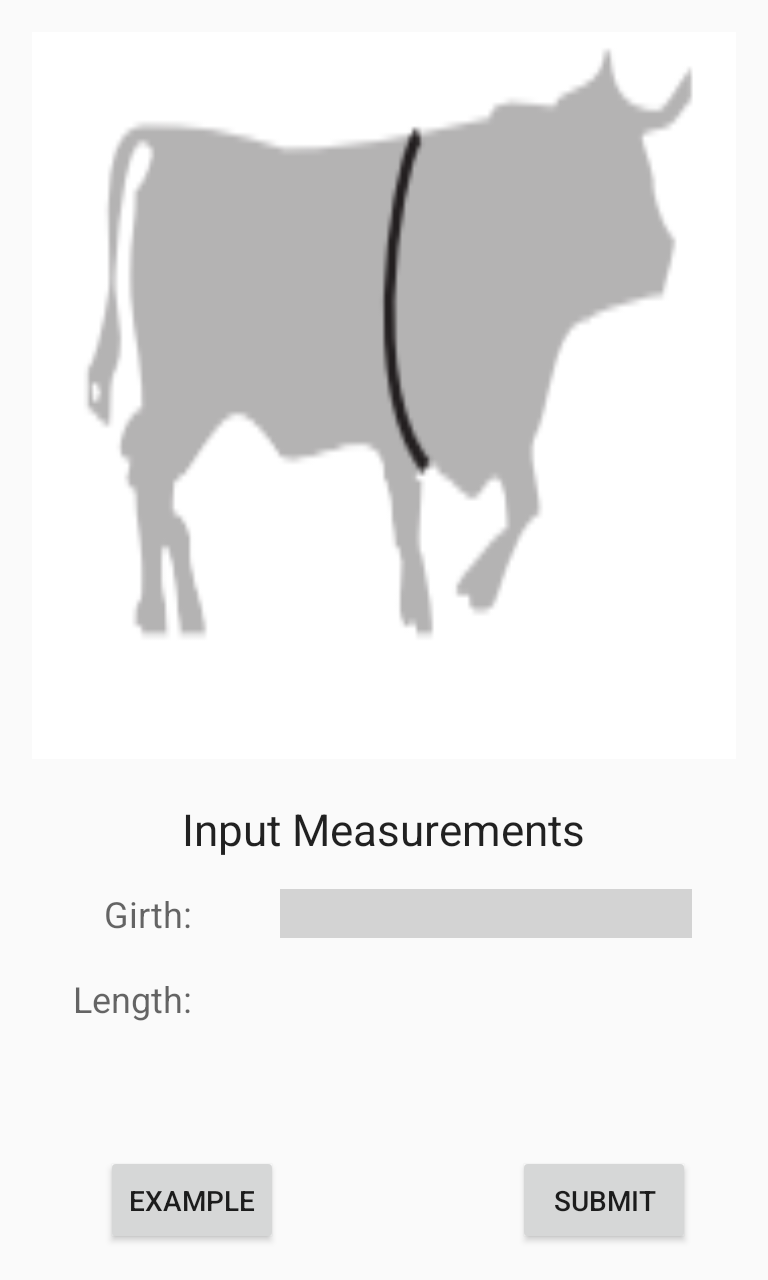
Repository: jdmielke/AnimalApp
Layout: AWEA/res/layout/activity_beefcow_measurement.xml
An editor plug-in stored every save of this project. The layout is shown before and after the next save, followed by the edit.
It is drawn on a 768 x 1280 px phone screen (xhdpi) without system bars, with theme AppTheme; the app's code is not run.

Above is the layout before, as saved 2014-11-12 19:18:11.

After the next save:
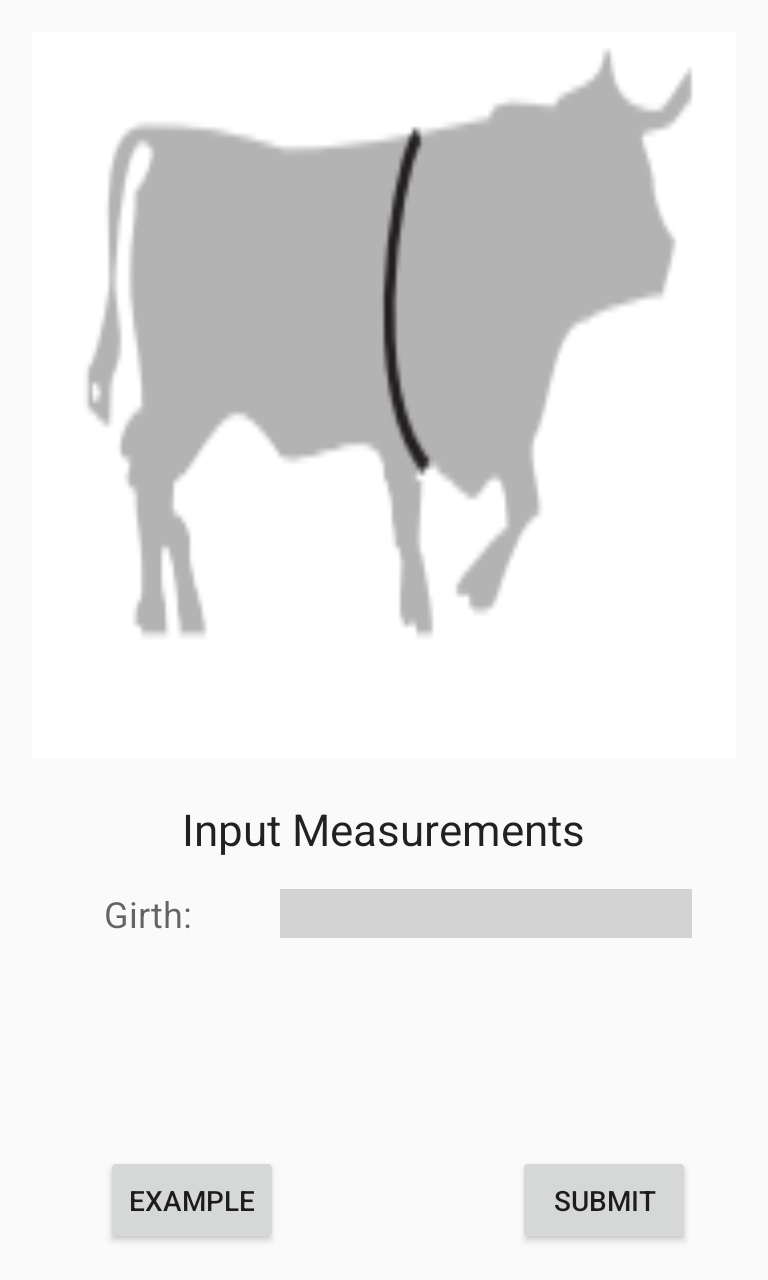
Saved 6 s later.
--- a/AWEA/res/layout/activity_beefcow_measurement.xml
+++ b/AWEA/res/layout/activity_beefcow_measurement.xml
@@ -30,16 +30,6 @@
         android:layout_marginLeft="36dp"
         android:layout_marginTop="45dp"
         android:text="Girth:"
-        android:textAppearance="?android:attr/textAppearanceMedium" />
-
-    <TextView
-        android:id="@+id/textView3"
-        android:layout_width="wrap_content"
-        android:layout_height="wrap_content"
-        android:layout_alignRight="@+id/textView2"
-        android:layout_below="@+id/textView2"
-        android:layout_marginTop="18dp"
-        android:text="Length:"
         android:textAppearance="?android:attr/textAppearanceMedium" />
 
     <Button
